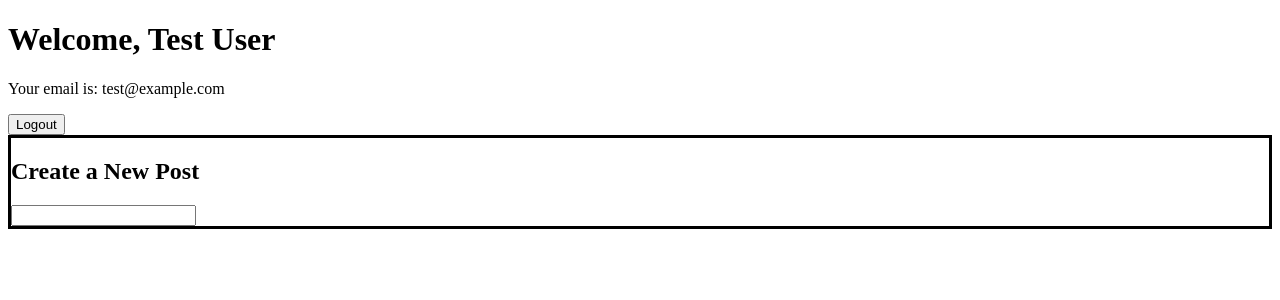
Repository: Adel-Shurrab/CRUD-System
Page: http://localhost/
An editor plug-in stored every save of this project. The page is shown before and after a run of saves, followed by the edit.
The browser window is 1280 px wide. The pictures show the whole page.
The page is served by the project's Laravel application, run on PHP 8.4 with Laravel 12. A made-up administrator, Test User (test@example.com), is signed in.

Above is the page before, as saved 2025-05-14 14:33:40.

After the next 2 saves:
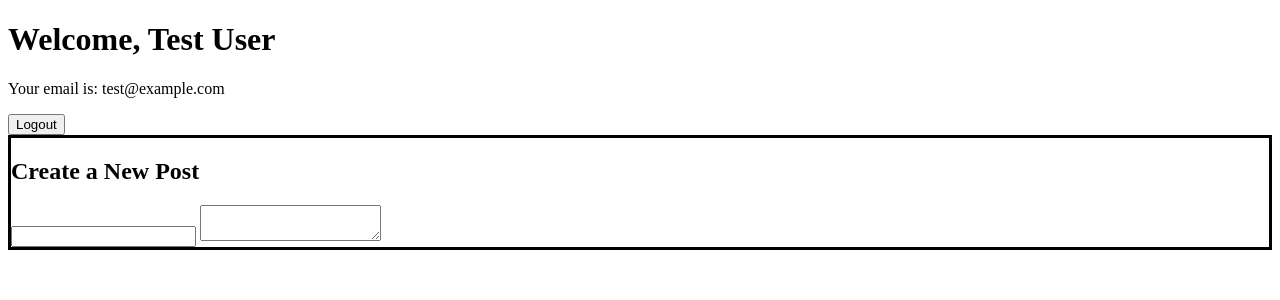
The 2 saves are shown as one change because they came seconds apart.
The last was saved 7 s later.
--- a/resources/views/home.blade.php
+++ b/resources/views/home.blade.php
@@ -21,6 +21,7 @@
         <form action="/" method="POST">
             @csrf
             <input type="text" name="title">
+            <textarea name="" id=""></textarea>
         </form>
     </div>
 
